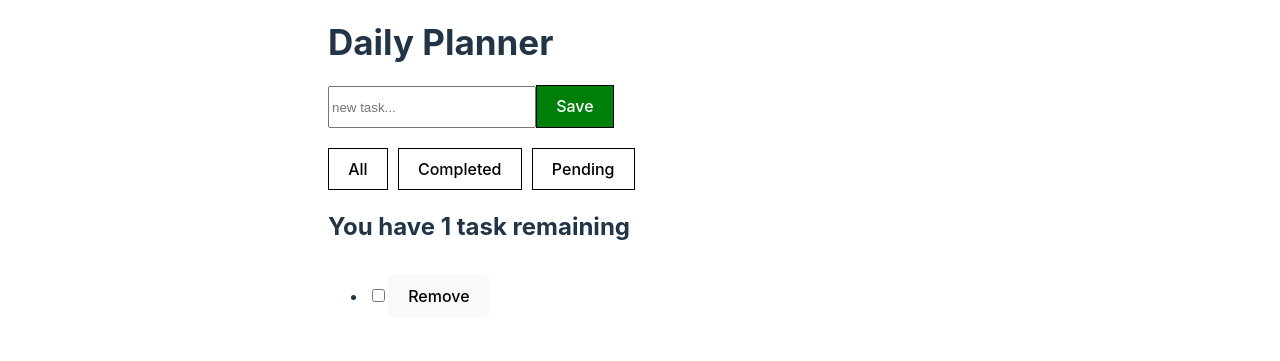
Repository: leslie179/lab4
Page: / (app in lab4/), after clicking the first element matching `button.save`
An editor plug-in stored every save of this project. The page is shown before and after the next save, followed by the edit.
The browser window is 1280 px wide. The pictures show the whole page.
The project was rebuilt for these pictures with package versions that can differ from the ones it lists, and the page was loaded fresh each time. Also part of the build but not shown: lab4/vite.config.js.

Above is the page before, as saved 2024-10-27 18:50:27.

After the next save:
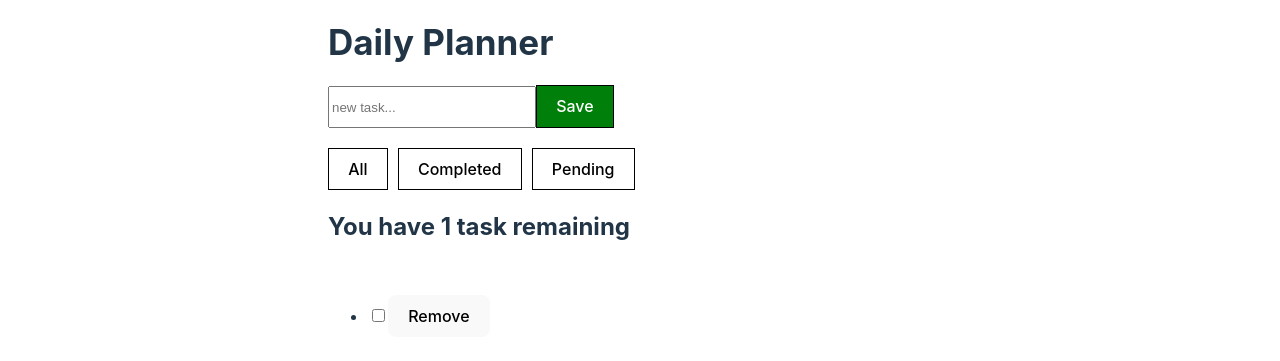
Saved 6 s later.
--- a/lab4/src/App.css
+++ b/lab4/src/App.css
@@ -27,7 +27,7 @@ h1{
 }
 
 .task-item{
-  padding-top: 10px;
+  padding-top: 30px;
 }
 
 .task-font{
